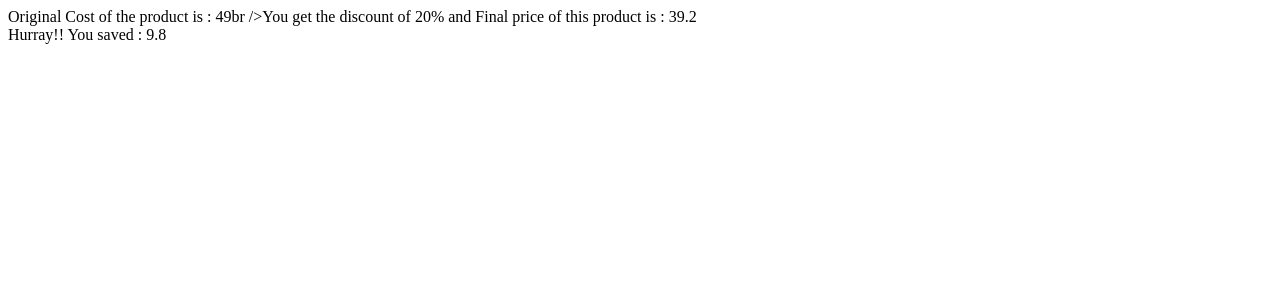
Repository: ajayrkp/HTML_CSS_Notes
Page: http://localhost/exercise_3.php
These files come from the project's save history. The page is drawn as it stood at one moment and after the next save; the edit follows.
The browser window is 1280 px wide. The pictures show the whole page.
The page is run by PHP 8.4 with error messages shown; the project is at /var/www/html/.

Above is the page before, as saved 2012-10-12 23:38:49.

### HomeWorks/exercise_3.php
<!--
	 Day 5 Exercise 3
** At store is having a sale. They are giving
** 10% off purchases of $10 or lower and 20% off
** purchases of greater than $10.
** Write a short program that displays the discount (10%
** or 20% ) and final price.

** - Use a variable for the items's cost, run as many
** cases necessary to test the program.
**
-->

<?php

	// Generate a random number from 0 to 100 as price of a product
	$costOfProduct = rand(0, 100);
	print "Original Cost of the product is : " . $costOfProduct . "br />";

	if ($costOfProduct <= 10) {
		print "You get the discount of 10% and Final price of this product is : " . (0.9 * $costOfProduct) . "<br />";
		print "Hurray!! You saved : " . ($costOfProduct * 0.1);
	} else {
		print "You get the discount of 20% and Final price of this product is : " . (0.8 * $costOfProduct) . "<br />";
		print "Hurray!! You saved : " . ($costOfProduct * 0.2);
	}

?>

After the next save:
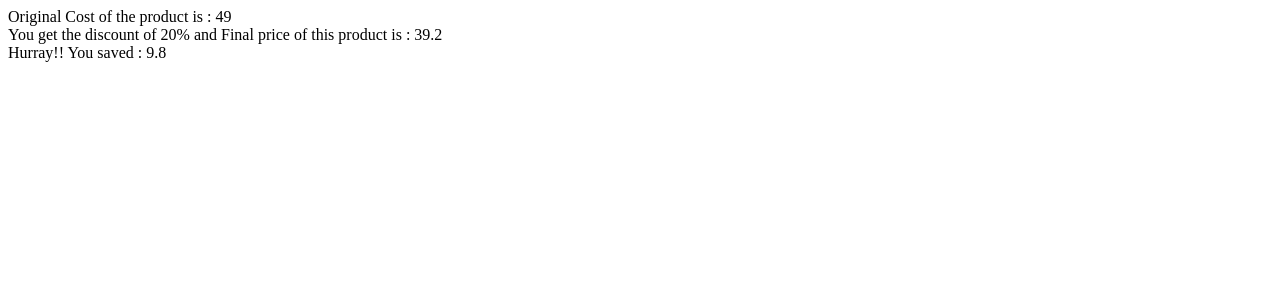
Saved 25 s later.
--- a/HomeWorks/exercise_3.php
+++ b/HomeWorks/exercise_3.php
@@ -15,7 +15,7 @@
 
 	// Generate a random number from 0 to 100 as price of a product
 	$costOfProduct = rand(0, 100);
-	print "Original Cost of the product is : " . $costOfProduct . "br />";
+	print "Original Cost of the product is : " . $costOfProduct . "<br />";
 
 	if ($costOfProduct <= 10) {
 		print "You get the discount of 10% and Final price of this product is : " . (0.9 * $costOfProduct) . "<br />";
